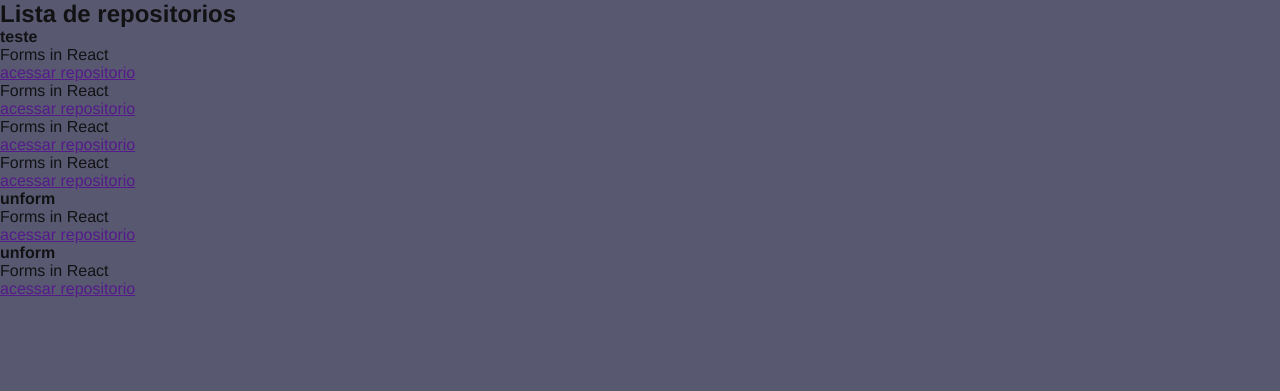
Repository: niltonmalves/01-githug-explorer
Page: /
These files come from the project's save history. The page is drawn as it stood at one moment and after the next save; the edit follows.
The browser window is 1280 px wide. The pictures show the whole page.
The project was rebuilt for these pictures with package versions that can differ from the ones it lists, and the page was loaded fresh each time. Also part of the build but not shown: webpack.config.js.

Above is the page before, as saved 2022-01-06 14:46:23.

After the next save:
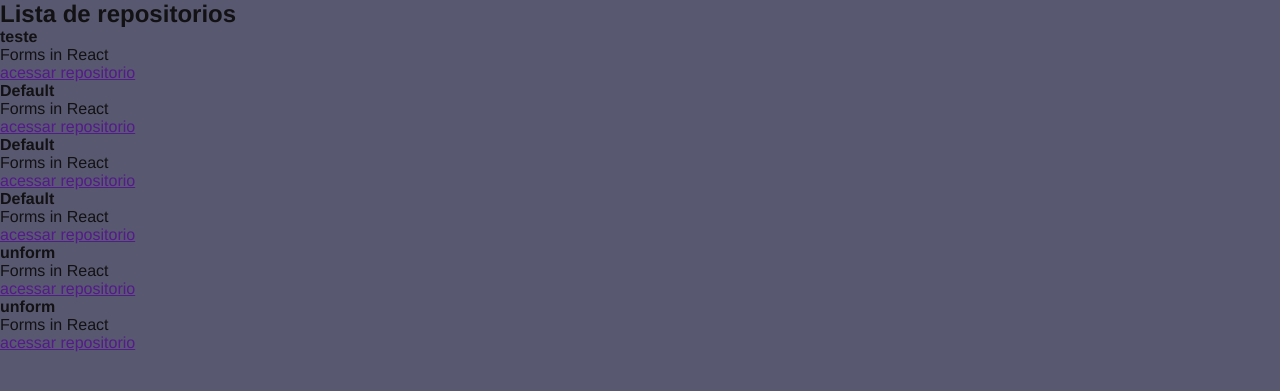
Saved 67 s later.
--- a/src/components/RepositoryItem.jsx
+++ b/src/components/RepositoryItem.jsx
@@ -1,7 +1,7 @@
 export function RepositoryItem(props){
     return(
         <li>
-        <strong>{props.respository}</strong>
+        <strong>{props.respository ?? 'Default'}</strong>
         <p>Forms in React</p>
         <a href="">
             acessar repositorio
